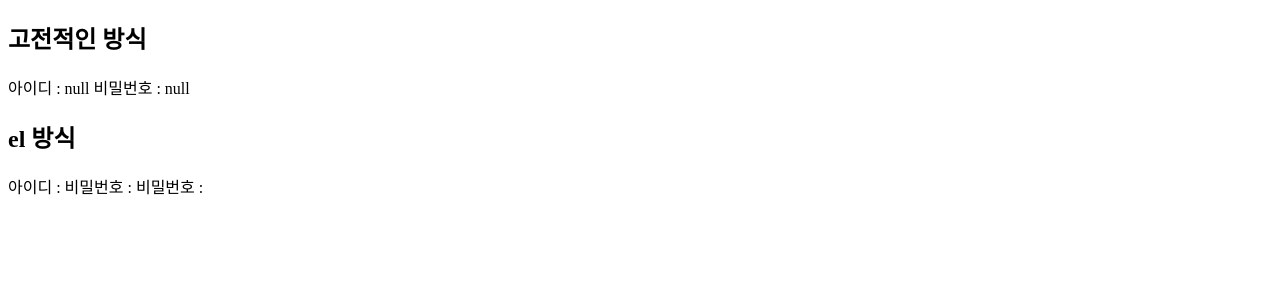
Repository: yjeongyjeong/jsp
Page: http://localhost/web-study-07/04_testlogin.jsp
The author's editor kept a copy of each file at every save. The page is drawn from the files as they stood at one save, then again after the next save.
The browser window is 1280 px wide. The pictures show the whole page.
The page is served by Tomcat 9.

Above is the page before, as saved 2023-10-12 02:09:23.

After the next save:
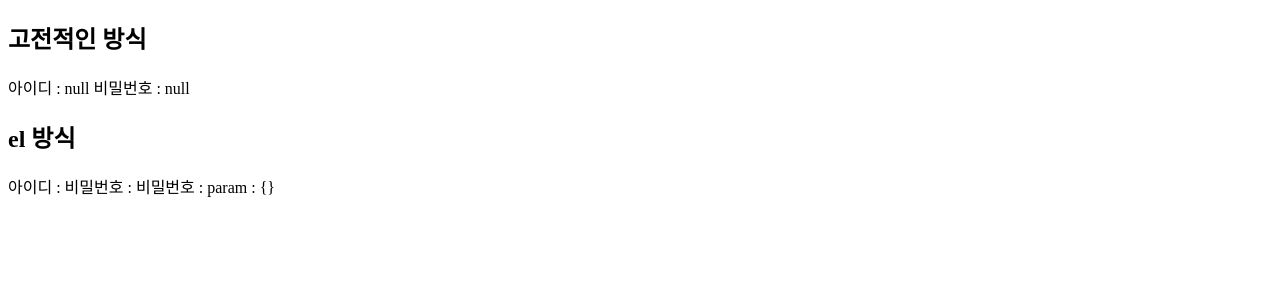
Saved 49 s later.
--- a/web-study-07/src/main/webapp/04_testlogin.jsp
+++ b/web-study-07/src/main/webapp/04_testlogin.jsp
@@ -15,5 +15,6 @@
 아이디 : ${param.id }
 비밀번호 : ${param["pwd"] }
 비밀번호 : ${param.pwd }
+param : ${param }
 </body>
 </html>
